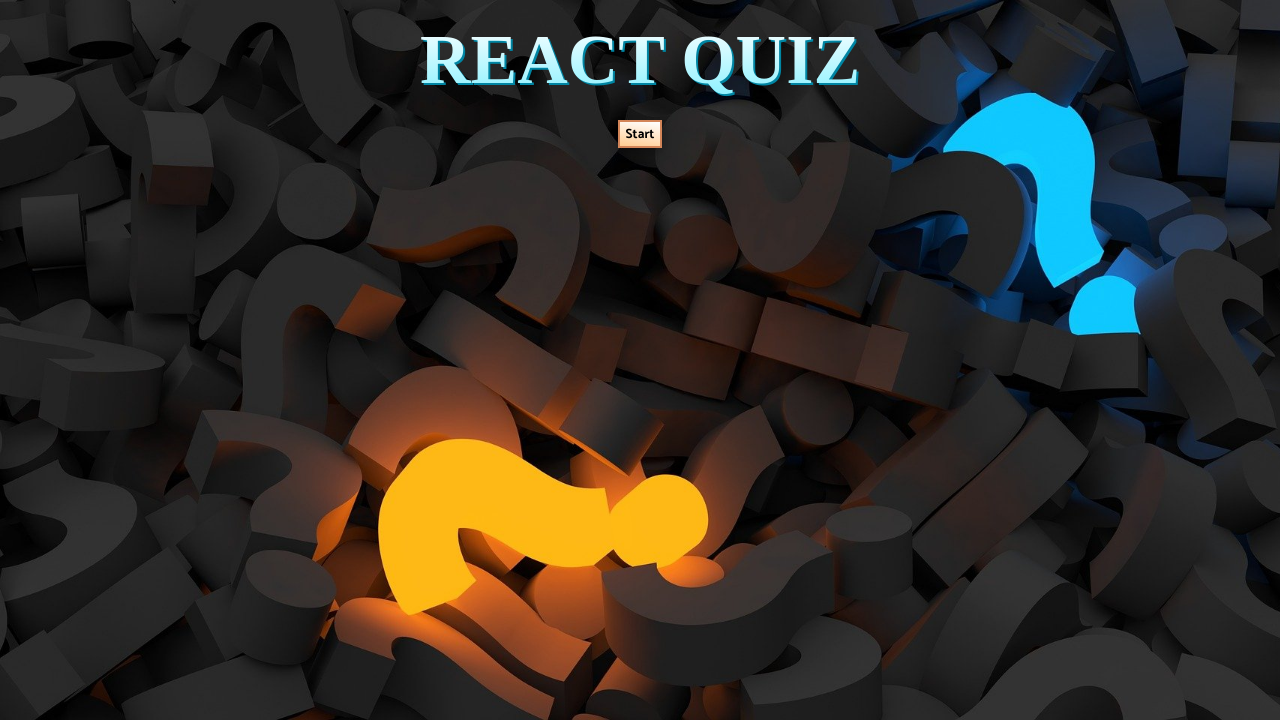
Repository: KrzysKolo/quizAPP
Page: /
The author's editor kept a copy of each file at every save. The page is drawn from the files as they stood at one save, then again after the next save.
The browser window is 1280 px wide. The pictures show the whole page.
The project was rebuilt for these pictures with package versions that can differ from the ones it lists, and the page was loaded fresh each time. Also part of the build but not shown: src/components/QuestionCard.tsx. Imported but missing from the stored project, and not drawn on this page: src/components/QuestionCard.styles.

Above is the page before, as saved 2021-04-24 19:14:47.

After the next save:
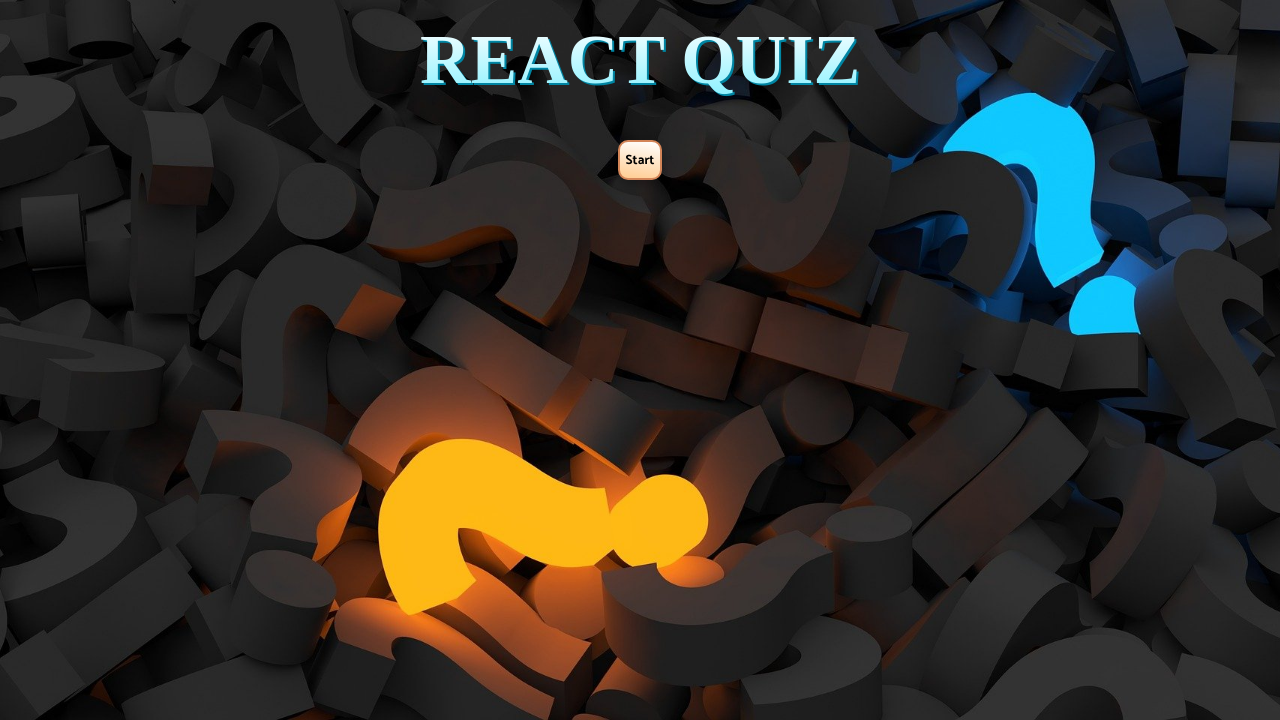
Saved 52 s later.
--- a/src/App.style.ts
+++ b/src/App.style.ts
@@ -54,5 +54,8 @@ export const Wrapper = styled.div`
     background: linear-gradient(189deg, #fff, #ffcc91);
     border: 2px solid #d38558;
     box-shadow: 0px 5px 10px rgba(0, 0, 0, .25);
+    border-radius: 10px;
+    height: 40px;
+    margin: 20px;
   }
 `;
